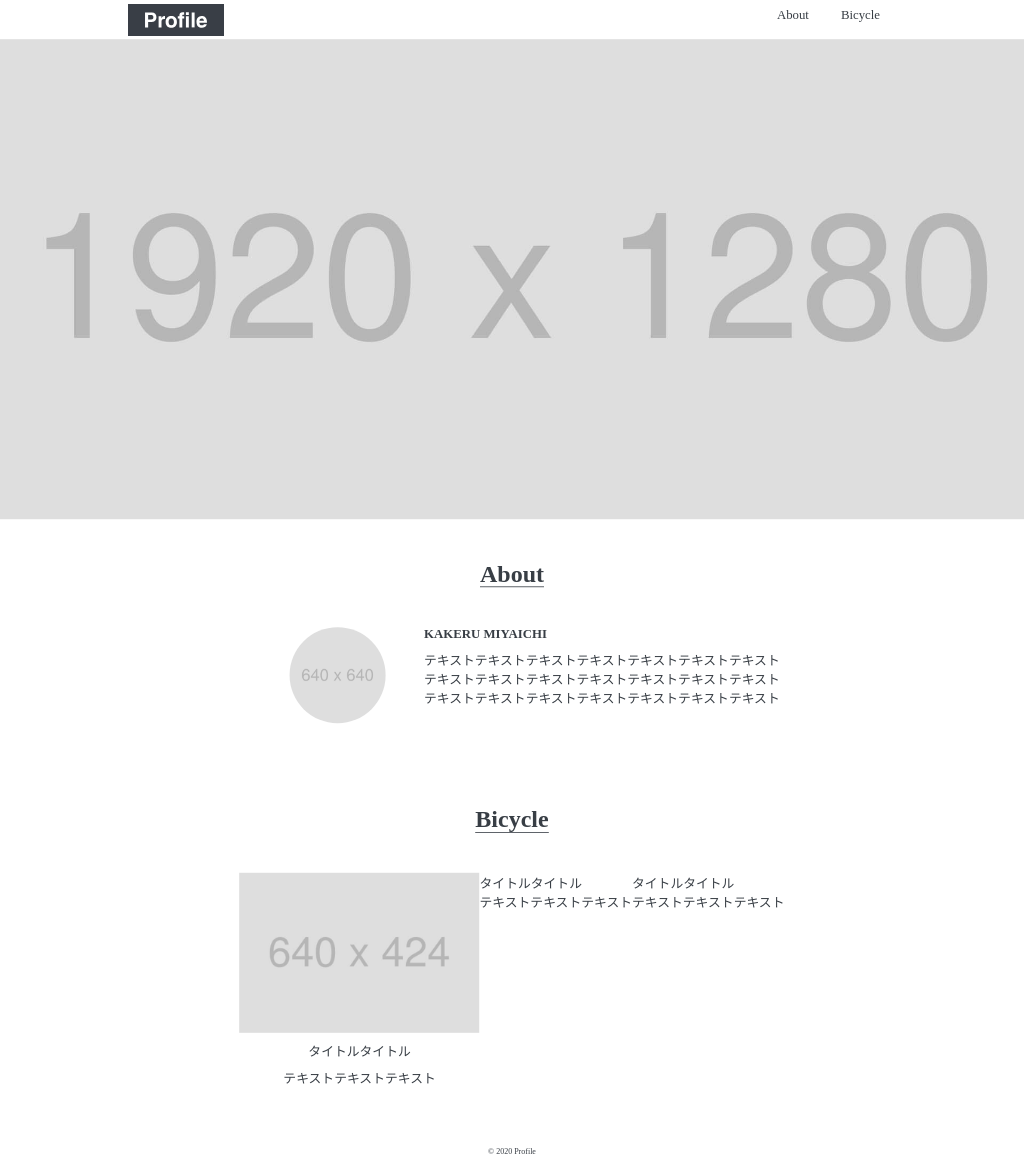
Repository: n19880405nick/challenge
Page: Codestep/Profile/profile.html
The author's editor kept a record of every edit. The page is drawn from the files as they stood at one moment, then again after the next edit.
The browser window is 1280 px wide. The pictures show the whole page, at 80% of full size.

Above is the page before.

After the next edit:
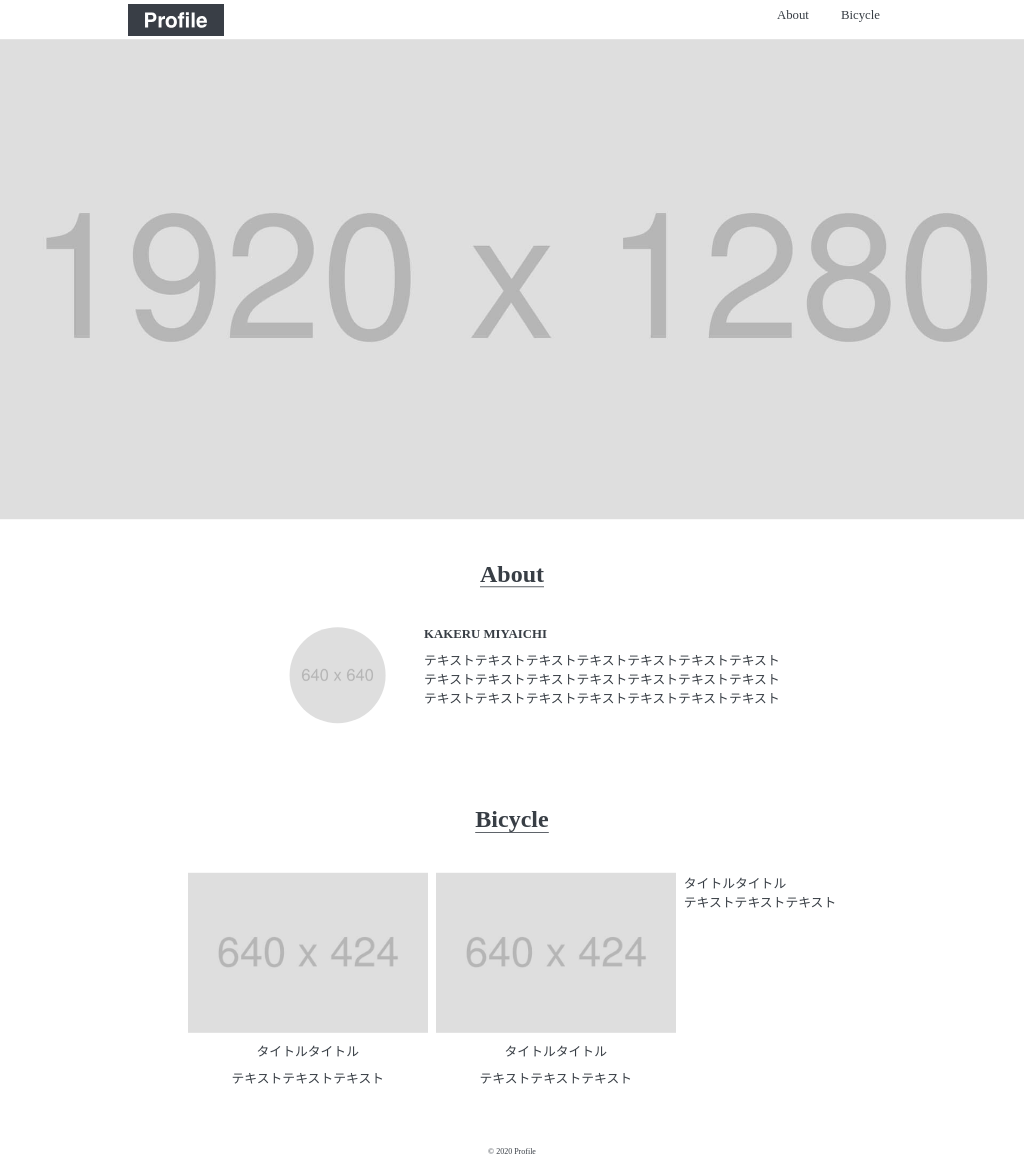
The edit:
--- a/Codestep/Profile/profile.html
+++ b/Codestep/Profile/profile.html
@@ -50,10 +50,10 @@
               <span class="bicycle-title">タイトルタイトル</span>
               <p class="bicycle-text">テキストテキストテキスト</p>
             </div>
-            <div class="bycycle-content">
-              <div class="bycycle-image"></div>
-              <span class="bycycle-title">タイトルタイトル</span>
-              <p class="bycycle-text">テキストテキストテキスト</p>
+            <div class="bicycle-content">
+              <div class="bicycle-image"></div>
+              <span class="bicycle-title">タイトルタイトル</span>
+              <p class="bicycle-text">テキストテキストテキスト</p>
             </div>
             <div class="bycycle-content">
               <div class="bycycle-image"></div>
